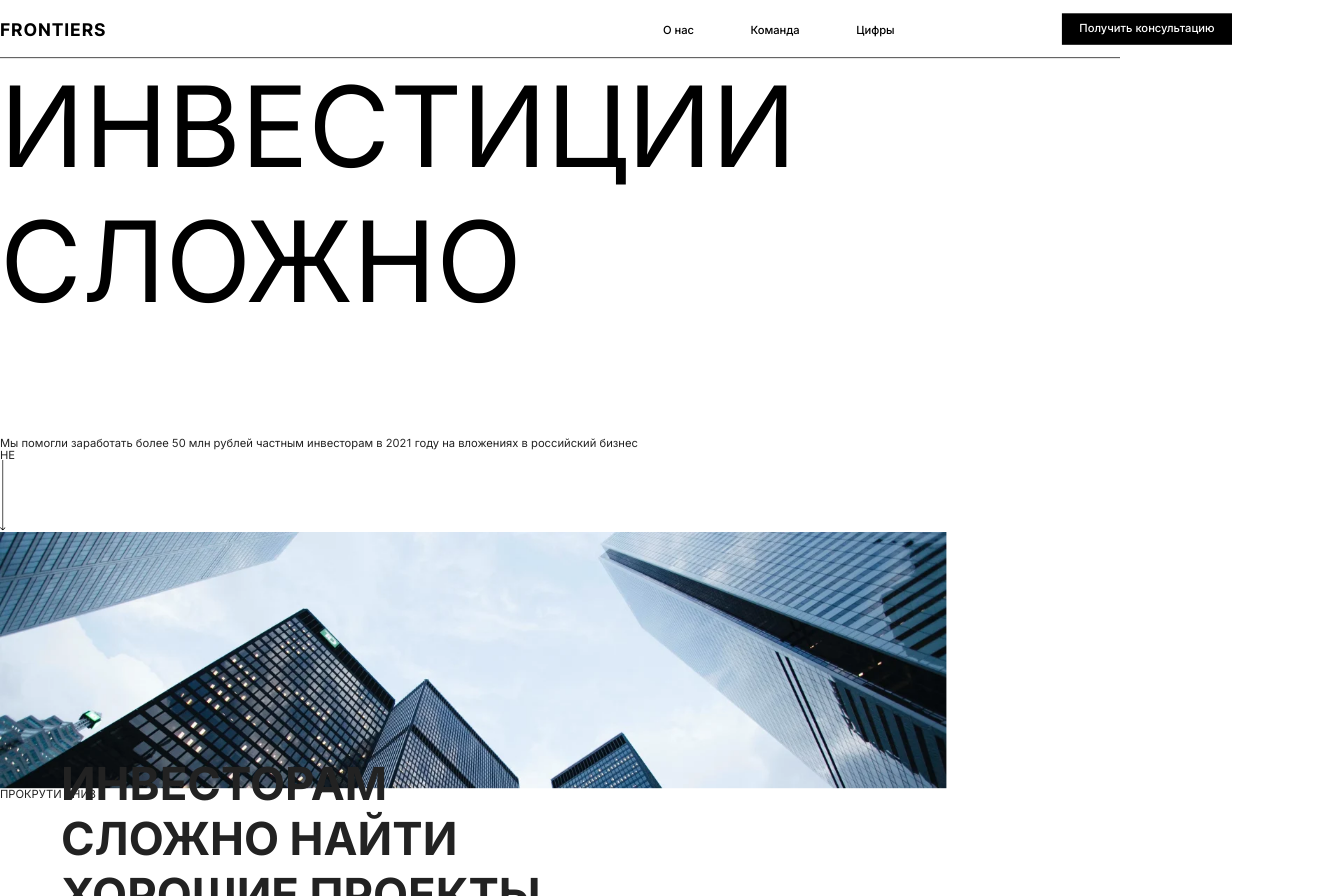
Repository: NadyaKorvin/frontiers
Page: /
An editor plug-in stored every save of this project. The page is shown before and after the next save, followed by the edit.
The browser window is 1280 px wide. The page is 1920 px wide, so the pictures cover 1920 px, including what lies to the right of the window. The pictures show the part of the page from y = 0 to 1280 px (the page is 2633 px tall), at 70% of full size.
The project was rebuilt for these pictures with package versions that can differ from the ones it lists, and the page was loaded fresh each time.

Above is the page before, as saved 2022-05-26 14:18:16.

### public/index.html
<!DOCTYPE html>
<html lang="en">
  <head>
    <meta charset="utf-8" />
    <link rel="icon" href="%PUBLIC_URL%/favicon.ico" />
    <meta name="viewport" content="width=device-width, initial-scale=1" />
    <meta name="theme-color" content="#000000" />
    <meta name="description" content="Web site created using create-react-app" />
    <link rel="apple-touch-icon" href="%PUBLIC_URL%/logo192.png" />
    <link rel="manifest" href="%PUBLIC_URL%/manifest.json" />
    <link rel="preconnect" href="https://fonts.googleapis.com" />
    <link rel="preconnect" href="https://fonts.gstatic.com" crossorigin />
    <link href="https://fonts.googleapis.com/css2?family=Inter:wght@300;400;500;700&display=swap" rel="stylesheet" />
    <title>FRONTIERS</title>
  </head>
  <body>
    <noscript>You need to enable JavaScript to run this app.</noscript>
    <div id="root"></div>
  </body>
</html>

### src/index.js
import React from "react"
import ReactDOM from "react-dom/client"

import App from "./App"

const root = ReactDOM.createRoot(document.getElementById("root"))
root.render(
  <React.StrictMode>
    <App />
  </React.StrictMode>
)

### src/App.js
import { useState } from "react";
import "./App.css";
import { SecondScreenAnimation } from "./components/secondScreen/SecondScreenAnimation";
import FirstScreen from "./components/firstScreen/FirstScreen";
import LastScreen from "./components/lastScreen/LastScreen";

function App() {
  const [mousePosition, setMousePosition] = useState("");

  const listenUpperMousePosition = (event) => {
    console.log(event);
    console.log(event.target);
    setMousePosition(event.target);
  };

  return (
    <>
      <FirstScreen />
      <div className="App">
        <SecondScreenAnimation listenMousePosition={listenUpperMousePosition} />
      </div>
      <LastScreen />
    </>
  );
}
export default App;

### src/App.css
@import url("./reset.css");
@import url("./components/secondScreen/SecondScreen.css");
@import url("./font/font.css");
@import url("./components/firstScreen/FirstScreen.css");
@import url("./components/lastScreen/LastScreen.css");
@import url("./components/button/Button.css");
@import url("./components/form/Form.css");

body {
  font-family: "Inter";
}

### src/components/secondScreen/SecondScreenAnimation.js
export function SecondScreenAnimation({ listenMousePosition, mousePosition }) {
  let goUp = ""
  const goUpBlackLines = (mousePosition) => {
    if (mousePosition === "animation__text_first_part") {
      goUp = "up"
      return goUp
    }
  }
  goUpBlackLines(mousePosition)
  console.log(goUp)
  return (
    <div className="animation__text_block">
      {goUp != "up" ? (
        <div>
          <div className="animation__text" onMouseOver={listenMousePosition}>
            <p className="animation__text_first_part">Инвесторам сложно найти хорошие проекты,</p>
            <p className="animation__text_second_part">а хорошим проектам — инвестиции.</p>
          </div>
          <div className="animation__black_lines">
            <div className="animation__1th_black_line"></div>
            <div className="animation__2th_black_line"></div>
            <div className="animation__3th_black_line"></div>
          </div>
        </div>
      ) : (
        <div>
          <div className="animation__text" onMouseOver={listenMousePosition}>
            <p className="animation__text_first_part" style={{ color: "#fff" }}>
              Инвесторам сложно найти хорошие проекты,
            </p>
            <p className="animation__text_second_part" style={{ color: "#000" }}>
              а хорошим проектам — инвестиции.
            </p>
          </div>
          <div className="animation__black_lines">
            <div className="animation__1th_black_line" style={{ width: "484px", marginTop: "-475px" }}></div>
            <div className="animation__2th_black_line" style={{ width: "586px" }}></div>
            <div className="animation__3th_black_line" style={{ width: "722px" }}></div>
          </div>
        </div>
      )}
    </div>
  )
}

### src/components/firstScreen/FirstScreen.js
import React from "react";
import image from "./image.webp";

export default function firstScreen() {
  const pointer = (
    <svg
      width="8"
      height="101"
      viewBox="0 0 8 101"
      fill="none"
      xmlns="http://www.w3.org/2000/svg"
    >
      <path
        d="M4.35355 100.356C4.15829 100.551 3.84171 100.551 3.64645 100.356L0.464466 97.1735C0.269204 96.9783 0.269204 96.6617 0.464466 96.4664C0.659728 96.2712 0.976311 96.2712 1.17157 96.4664L4 99.2948L6.82843 96.4664C7.02369 96.2712 7.34027 96.2712 7.53553 96.4664C7.7308 96.6617 7.7308 96.9783 7.53553 97.1735L4.35355 100.356ZM3.5 100.002L3.5 0.00195312H4.5L4.5 100.002H3.5Z"
        fill="black"
      />
    </svg>
  );

  return (
    <>
      <section className="firstscreen">
        <header className="firstscreen__header">
          <div className="firstscreen__logotype">FRONTIERS</div>
          <div className="firstscreen__menu">
            <div className="firstscreen__nav">
              <nav className="firstscreen__nav_team">
                <ul>О нас</ul>
                <ul>Команда</ul>
                <ul>Цифры</ul>
              </nav>
            </div>
            <div className="firstscreen__button">
              <p className="firstscreen__text_btn">Получить консультацию</p>
            </div>
          </div>
        </header>
        <div className="firstscreen__content">
          <div className="firstscreen__content_left_text">
            <p>ИНВЕСТИЦИИ</p>
            <p>СЛОЖНО</p>
          </div>
          <div className="firstscreen__content_rihgt_text"></div>
          <p>
            Мы помогли заработать более 50 млн рублей частным инвесторам в 2021
            году на вложениях в российский бизнес
          </p>
          <p>НЕ</p>
          <div className="firstscreen__content_bottom_content">
            <div className="firstscreen__content_pointer">{pointer}</div>
            <img src={image} alt="" className="first__img" />
          </div>
          <p>ПРОКРУТИ ВНИЗ</p>
        </div>
      </section>
    </>
  );
}

### src/components/lastScreen/LastScreen.js
import React from "react";
import Form from "../form/Form"
import LogoKojo from "./LogoKojo"

export default function LastScreen() {
  return (
    <>
      <section className="lastscreen">
        <div className="lastscreen__wrapper">
          <div className="lastscreen__left_content">
            <p>
              ОТПРАВЬТЕ НАМ ЗАЯВКУ НА КОНСУЛЬТАЦИЮ И МЫ ПОДБЕРЕМ ДЛЯ ВАС
              НАИБОЛЕЕ ПОДХОДЯЩУЮ СТРАТЕГИЮ
            </p>
          </div>
          <div className="lastscreen__right_content">
            <div className="lastscreen__text_form">
              <p>ЗАПОЛНИТЕ ФОРМУ И МЫ С ВАМИ СВЯЖЕМСЯ В БЛИЖАЙШЕЕ ВРЕМЯ</p>
            </div>
            <Form />
          </div>
        </div>
        <footer className="lastscreen__footer">
          <div className="lastscreen__contact">
            <p>КОНТАКТЫ</p>
            <p>Санкт-Петербург, Невский пр-кт, 71 (5 этаж)</p>
            <p>+7 000 987 6543</p>
            <p><a href="mailto:info@frontiers.ru" >info@frontiers.ru</a></p>
          </div>
          <div className="lastscreen__design">
            <p>Дизайн и разработка</p>
            <LogoKojo />
          </div>
          <div className="lastscreen__frontiers">
            <p>FRONTIERS</p>
            <p>Политика конфиденциальности</p>
            <p>© 2022 Frontiers Group</p>
          </div>
        </footer>
      </section>
    </>
  );
}

### src/reset.css
html,
body,
div,
span,
applet,
object,
iframe,
h1,
h2,
h3,
h4,
h5,
h6,
p,
blockquote,
pre,
a,
abbr,
acronym,
address,
big,
cite,
code,
del,
dfn,
em,
img,
ins,
kbd,
q,
s,
samp,
small,
strike,
strong,
sub,
sup,
tt,
var,
b,
u,
i,
center,
dl,
dt,
dd,
ol,
ul,
li,
fieldset,
form,
label,
legend,
table,
caption,
tbody,
tfoot,
thead,
tr,
th,
td,
article,
aside,
canvas,
details,
embed,
figure,
figcaption,
footer,
header,
hgroup,
menu,
nav,
output,
ruby,
section,
summary,
time,
mark,
audio,
video {
  margin: 0;
  padding: 0;
  border: 0;
  font-size: 100%;
  font: inherit;
  vertical-align: baseline;
}

:focus {
  outline: 0;
}

article,
aside,
details,
figcaption,
figure,
footer,
header,
hgroup,
menu,
nav,
section {
  display: block;
}

body {
  line-height: 1;
}

ol,
ul {
  list-style: none;
}

blockquote,
q {
  quotes: none;
}

blockquote:before,
blockquote:after,
q:before,
q:after {
  content: "";
  content: none;
}

table {
  border-collapse: collapse;
  border-spacing: 0;
}

input[type="search"]::-webkit-search-cancel-button,
input[type="search"]::-webkit-search-decoration,
input[type="search"]::-webkit-search-results-button,
input[type="search"]::-webkit-search-results-decoration {
  -webkit-appearance: none;
  -moz-appearance: none;
}

input[type="search"] {
  -webkit-appearance: none;
  -moz-appearance: none;
  -webkit-box-sizing: content-box;
  -moz-box-sizing: content-box;
  box-sizing: content-box;
}

textarea {
  overflow: auto;
  vertical-align: top;
  resize: vertical;
}

[hidden] {
  display: none;
}

html {
  font-size: 100%; /* 1 */
  -webkit-text-size-adjust: 100%; /* 2 */
  -ms-text-size-adjust: 100%; /* 2 */
}

a:focus {
  outline: thin dotted;
}

a:active,
a:hover {
  outline: 0;
}

img {
  border: 0;
  -ms-interpolation-mode: bicubic;
}

figure {
  margin: 0;
}

form {
  margin: 0;
}

fieldset {
  border: 1px solid #c0c0c0;
  margin: 0 2px;
  padding: 0.35em 0.625em 0.75em;
}

legend {
  border: 0; /* 1 */
  padding: 0;
  white-space: normal; /* 2 */
  *margin-left: -7px; /* 3 */
}

button,
input,
select,
textarea {
  font-size: 100%; /* 1 */
  margin: 0; /* 2 */
  vertical-align: baseline; /* 3 */
  *vertical-align: middle; /* 3 */
}

button,
input {
  line-height: normal;
}

button,
select {
  text-transform: none;
}

button,
html input[type="button"], /* 1 */
input[type="reset"],
input[type="submit"] {
  -webkit-appearance: button; /* 2 */
  cursor: pointer; /* 3 */
  *overflow: visible; /* 4 */
}

button[disabled],
html input[disabled] {
  cursor: default;
}

input[type="checkbox"],
input[type="radio"] {
  box-sizing: border-box; /* 1 */
  padding: 0; /* 2 */
  *height: 13px; /* 3 */
  *width: 13px; /* 3 */
}

input[type="search"] {
  -webkit-appearance: textfield; /* 1 */
  -moz-box-sizing: content-box;
  -webkit-box-sizing: content-box; /* 2 */
  box-sizing: content-box;
}

input[type="search"]::-webkit-search-cancel-button,
input[type="search"]::-webkit-search-decoration {
  -webkit-appearance: none;
}

button::-moz-focus-inner,
input::-moz-focus-inner {
  border: 0;
  padding: 0;
}

textarea {
  overflow: auto; /* 1 */
  vertical-align: top; /* 2 */
}

table {
  border-collapse: collapse;
  border-spacing: 0;
}

html,
button,
input,
select,
textarea {
  color: #222;
}

::-moz-selection {
  background: #b3d4fc;
  text-shadow: none;
}

::selection {
  background: #b3d4fc;
  text-shadow: none;
}

img {
  vertical-align: middle;
}

fieldset {
  border: 0;
  margin: 0;
  padding: 0;
}

textarea {
  resize: vertical;
}

.chromeframe {
  margin: 0.2em 0;
  background: #ccc;
  color: #000;
  padding: 0.2em 0;
}

### src/components/secondScreen/SecondScreen.css
.second__screen {
  display: flex;
  justify-content: space-between;
  margin: 0 auto;
  margin-top: 174px;
  /* придкмать решение сделать по центру*/
  display: flex;
  width: 1600px;
  height: 733px;
}

.animation__text_block {
  display: block;
  margin-left: 87px;
}

.animation__text_first_part,
.animation__text_second_part {
  width: 770px;
  text-transform: uppercase;
  font-size: 65px;
  font-weight: 700;
  line-height: 79px;
  transition: 0.6s ease-out;
}

.animation__text_second_part {
  color: #fff;
}

.animation__black_lines {
  margin-left: -10px;
  margin-top: -236px;
}

.animation__1th_black_line {
  margin-bottom: 5px;
  height: 75px;
  width: 444px;
  background-color: #000;
  transition: 0.6s ease-out;
}

.animation__2th_black_line {
  margin-bottom: 5px;
  height: 75px;
  width: 475px;
  background-color: #000;
  transition: 0.6s ease-out;
}
.animation__3th_black_line {
  height: 75px;
  width: 502px;
  background-color: #000;
  transition: 0.6s ease-out;
}

.right__part {
  display: flex;
  margin-left: 190px;
  flex-direction: column;
}

.conversation__image {
  margin-right: 222px;
  display: block;
  width: 400px;
  height: 400px;
  background: url("../secondScreen/people.png");
}

.decoration_marks {
  margin-top: -110px;
  transform: rotate(-180deg);
  font-size: 200px;
  font-weight: 300;
}

.text_paragraph {
  margin-left: 90px;
  width: 431px;
  font-size: 18px;
  font-weight: 400;
  line-height: 23px;
  text-transform: uppercase;
  line-height: 130%;
}

### src/font/font.css
@font-face {
  font-family: "Inter";
  src:
    url("./Inter-Bold.ttf") format("truetype")
    url("./Inter-Bold.woff2") format("woff2"),
    url("./Inter-Bold.woff") format("woff");
  font-weight: 700;
  font-style: normal;
  font-stretch: normal;
  unicode-range: U+0020-E0D0;
}

@font-face {
  font-family: "Inter";
  src:
    url("./Inter-Regular.woff2") format("woff2"),
    url("./Inter-Regular.ttf") format("truetype")
    url("./Inter-Regular.woff") format("woff");
  font-weight: 400;
  font-style: normal;
  font-stretch: normal;
  unicode-range: U+0020-E0D0;
}

@font-face {
    font-family:'Inter Medium';
    src:
        url("./Inter-Medium.ttf") format("truetype")
        url('Inter-Medium.woff2') format('woff2'),
		url('Inter-Medium.woff') format('woff');
    font-weight: 500;
    font-style: normal;
    font-stretch: normal;
    unicode-range: U+0020-E0D0;
}

@font-face {
    font-family:'Inter Light';
    src:
        url("./Inter-Light.ttf") format("truetype")
        url('Inter-Light.woff2') format('woff2'),
		url('Inter-Light.woff') format('woff');
    font-weight: 300;
    font-style: normal;
    font-stretch: normal;
    unicode-range: U+0020-E0D0;
}

### src/components/firstScreen/FirstScreen.css
.firstscreen {
  height: 1080px;
}

.firstscreen__header {
  width: 1600px;
  height: 82px;
  margin: 0 auto;
  border-bottom: 1px solid #000000;
  display: flex;
  justify-content: space-between;
}

.firstscreen__logotype {
  width: 151px;
  height: 30px;
  padding-top: 27px;
  font-family: "Inter";
  font-style: normal;
  font-weight: 700;
  font-size: 25px;
  line-height: 30px;
  letter-spacing: 0.05em;
  color: #000000;
}

.firstscreen__menu {
  padding-top: 33px;
  width: 653px;
  display: flex;
  justify-content: space-between;
}

.firstscreen__nav {
  width: 331px;
}

.firstscreen__nav_team {
  display: flex;
  justify-content: space-between;

  font-family: "Inter";
  font-style: normal;
  font-weight: 500;
  font-size: 16px;
  line-height: 19px;

  color: #000000;
}

.firstscreen__button {
  position: absolute;
  width: 243px;
  height: 45px;
  left: 1517px;
  top: 19px;
  background: #000000;
}

.firstscreen__text_btn {
  padding-top: 12px;
  padding-bottom: 12px;
  font-family: "Inter";
  font-style: normal;
  font-weight: 500;
  font-size: 16px;
  line-height: 19px;
  text-align: center;
  color: #ffffff;
}

.firstscreen__content {
  margin: 0 auto;
  width: 1600px;
}

.firstscreen__content_left_text {
  width: 1140px;
  height: 542px;
  text-align: ;
  font-family: "Inter";
  font-style: normal;
  font-weight: 400;
  font-size: 160px;
  line-height: 194px;
  text-transform: uppercase;

  color: #000000;
}

.firstscreen__img {
  position: absolute;
  top: 714px;
  left: 568px;
  width: 1352px;
  height: 366px;
}

### src/components/lastScreen/LastScreen.css
.lastscreen {
  width: 1920px;
  height: 1080px;
}

.lastscreen__wrapper {
  position: relative;
  top: 109px;
  left: 170px;
  display: flex;
  justify-content: space-between;
  width: 1590px;
  height: 553px;
}

.lastscreen__left_content {
  position: relative;
  width: 775px;
  height: 553px;
  box-sizing: border-box;
  font-family: "Inter";
  font-style: normal;
  font-weight: 700;
  font-size: 65px;
  line-height: 79px;
  text-transform: uppercase;
  color: #000000;
}

.lastscreen__right_content {
  position: relative;
  width: 529px;
  height: 553px;
}

.lastscreen__text_form {
  width: 529px;
  height: 46px;
  left: 1231px;
  top: 4438px;
  font-family: "Inter";
  font-style: normal;
  font-weight: 400;
  font-size: 18px;
  line-height: 130%;
  text-transform: uppercase;
  color: #000000;
}

.lastscreen__footer {
  position: relative;
  margin: 308px 160px 0;
  width: 1600px;
  border-top: 1px solid #000000;
  bottom: 0px;
  display: flex;
  justify-content: space-between;
}

.lastscreen__contact {
  width: 357px;
}

.lastscreen__contact > p:nth-child(1) {
  padding: 33px 0 20px;
  font-family: "Inter";
  font-style: normal;
  font-weight: 700;
  font-size: 25px;
  line-height: 30px;
  color: #000000;
}

.contact > p:nth-child(2),
.contact > p:nth-child(3),
.contact > p:nth-child(4) {
  padding-bottom: 15px;
}

.design {
  padding-top: 150px;
  width: 260px;
  display: flex;
  margin-left: -80px;
  justify-content: space-between;
}

.frontiers {
  width: 250px;
  text-align: end;
}

.lastscreen__frontiers > p:nth-child(1) {
    padding: 30px 0 57px;
    font-family: "Inter";
    font-style: normal;
    font-weight: 700;
    font-size: 25px;
    line-height: 30px;
    color: #000000;
  }

.lastscreen__frontiers > p:nth-child(2),
.lastscreen__frontiers > p:nth-child(3) {
    padding-bottom: 15px;
}

a {
    text-decoration: none;
    color: #000000;
}

### src/components/button/Button.css
.form__button {
  position: relative;
  display: block;
  width: 243px;
  height: 55px;
  font-family: "Inter";
  font-size: 16px;
  background-color: #000000;
  border: 0;
  text-align: center;
  cursor: pointer;
  font-family: "Inter";
  font-style: normal;
  font-weight: 500;
  font-size: 16px;
  line-height: 19px;
  color: #ffffff;
}

### src/components/form/Form.css
.form {
  margin-top: 60px;
  width: 529px;
  height: 355px;
  border-top: 1px solid #d1d1d1;
}

.form__input,
.form__textarea {
  width: 529px;
  height: 80px;
  border: 0;
  outline: none;
  font-size: 18px;
  color: #000000;
  text-transform: uppercase;
}

.form__textarea {
  height: 80px;
  line-height: 80px;
  overflow: hidden;
  /* resize: none; */
}

.form__borders {
  border-bottom: 1px solid #d1d1d1;
}

.form__consent {
  display: -webkit-box;
  display: -ms-flexbox;
  display: flex;
  margin: 30px 0 0;
}

.form__policy_text {
  margin-top: 15px;
  margin-left: 15px;
  width: 250px;
  height: 40px;
  box-sizing: border-box;
  font-family: "Inter";
  font-style: normal;
  font-weight: 400;
  font-size: 13px;
  line-height: 150%;
  color: #787878;
}

.form__checkbox {
  opacity: 0;
  width: 0;
}

.form__checkfake {
  margin: 15px 0;
  display: block;
  width: 15px;
  height: 15px;
  border: 1px solid #1f1f1f;
  cursor: pointer;
}

.form__checkfake::before {
  content: "";
  position: absolute;
  display: block;
  width: 14px;
  height: 14px;
  background: url("./checkmark.svg");
  opacity: 0;
}

.form__checkbox:checked + .form__checkfake::before {
  opacity: 1;
}

.form__focus {
  text-transform: uppercase;
  color: #ff0000;
  margin-bottom: 10px;
  font-size: 13px;
}

.form__focus_consent {
  position: relative;
  top: 10px;
  text-transform: uppercase;
  color: #ff0000;
  font-size: 13px;
}

.form__btn {
    margin-top: 14px;
  position: relative;
  overflow: hidden;
}

### src/components/form/Form.js
import React, { useState } from "react";
import { useForm } from "react-hook-form";
import Button from "../button/Button";

export default function Form() {
  const [checked, setChecked] = useState(false);
  const [isPersonal, setIsPersonal] = useState(false);

  const {
    register,
    formState: { errors, isValid },
    handleSubmit,
    reset,
  } = useForm({
    mode: "onBlur",
  });

  const onSubmit = (data) => {
    alert(JSON.stringify(data));
  };

  // функция для открытия модального окна соглашения о персональных данных
  const openPersonal = () => {
    setIsPersonal(true);
  };

  return (
    <form
      name="form"
      id="form"
      className="form"
      onSubmit={handleSubmit(onSubmit)}
    >
      <input
        name="name"
        {...register("name", {
          required: "Это поле обязательно",
          minLength: {
            value: 2,
            message: "Минимум 2 символа",
          },
          maxLength: {
            value: 50,
            message: "Максимум 50 символов",
          },
        })}
        id="name"
        className="form__input"
        placeholder="Имя"
      />
      <div>
        {errors?.name && (
          <p className="form__focus">{errors?.name?.message || "Error!"}</p>
        )}
      </div>
      <div className="form__borders" />
      <input
        name="phone"
        {...register("phone", {
          required: "Это поле обязательно",
          pattern: {
            value: /^\+?7(\d{10})$/,
            message: "Введите в формате +7 000 000 00 00",
          },
        })}
        id="phone"
        className="form__input"
        type="tel"
        placeholder="Ваш Телефон  +7 000 000 00 00"
      />
      <div>
        {errors?.phone && (
          <p className="form__focus">{errors?.phone?.message || "Error!"}</p>
        )}
      </div>
      <div className="form__borders" />
      <textarea
        name="message"
        {...register("message", {
          required: "Это поле обязательно",
          minLength: {
            value: 10,
            message: "Минимум 10 символов",
          },
          maxLength: {
            value: 500,
            message: "Максимум 500 символов",
          },
        })}
        id="message"
        className="form__textarea"
        placeholder="Сообщение"
      />
      <div>
        {errors?.message && (
          <p className="form__focus">{errors?.message?.message || "Error!"}</p>
        )}
      </div>
      <div className="form__borders" />
      <label className="form__consent">
        <input
          name="consent"
          type="checkbox"
          checked={checked}
          onChange={() => setChecked(!checked)}
          value={checked}
          {...register("consent", {
            required: "Подтвердите свое согласие для отправки формы",
          })}
          id="consent"
          className="form__checkbox"
        />
        <span
          className="form__checkfake"
          onClick={() => setChecked(!checked)}
        ></span>
        <div className="form__policy_text">
          <p>Я соглашаюсь на обработку&nbsp;</p>
          <span
            onClick={openPersonal}
            style={{
              textDecoration: "underline",
              cursor: "pointer",
            }}
          >
            персональных данных
          </span>
        </div>
        <div className="form__btn">
            <Button
              title="Отправить"
              type="submit"
              disabled={!isValid}
            />
          </div>
      </label>
      <div className="form__focus_consent">
        {errors?.consent && <p>{errors?.consent?.message || "Error!"}</p>}
      </div>
    </form>
  );
}

### src/components/button/Button.js
import React from "react";

export default function Button({ title }) {
  return (
    <>
      <button className="form__button" >
        {title}
      </button>
    </>
  );
}

Loaded but not shown: src/components/lastScreen/LogoKojo.js (76 lines, source omitted)

After the next save:
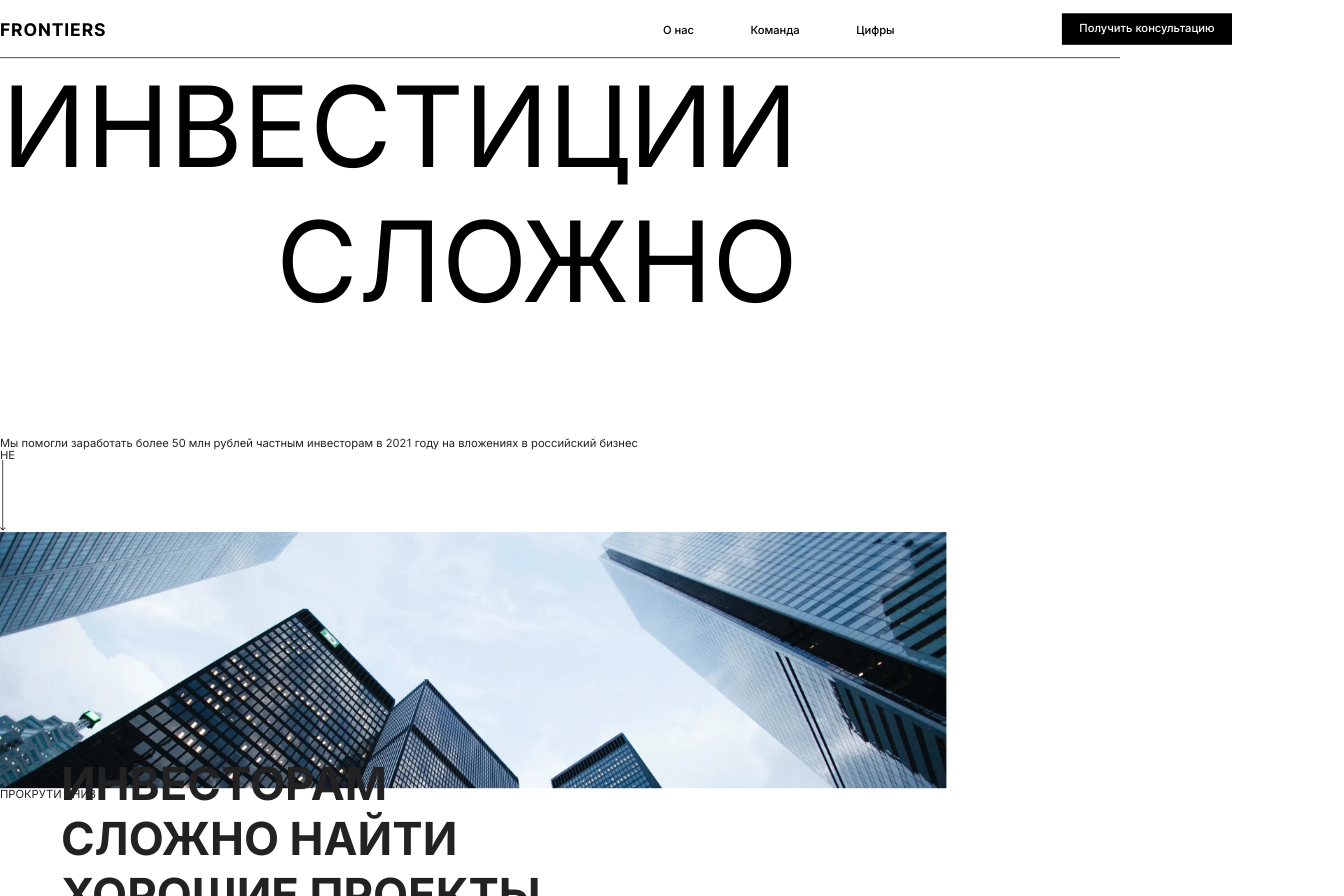
Saved 5 s later.
--- a/src/components/firstScreen/FirstScreen.css
+++ b/src/components/firstScreen/FirstScreen.css
@@ -77,7 +77,7 @@
 .firstscreen__content_left_text {
   width: 1140px;
   height: 542px;
-  text-align: ;
+  text-align: end;
   font-family: "Inter";
   font-style: normal;
   font-weight: 400;
